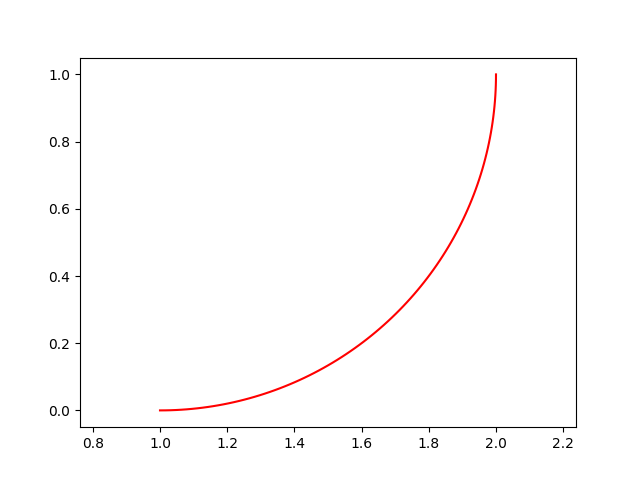
Repository: lbylzkx/Circle-Point-Manuscript
Script's output: python arc_.py
An editor plug-in stored every save of this project. The script's output is shown before and after the next save, followed by the edit.
Random numbers start from a fixed seed.

Above is the script's output before, as saved 2023-10-11 10:08:27.

After the next save:
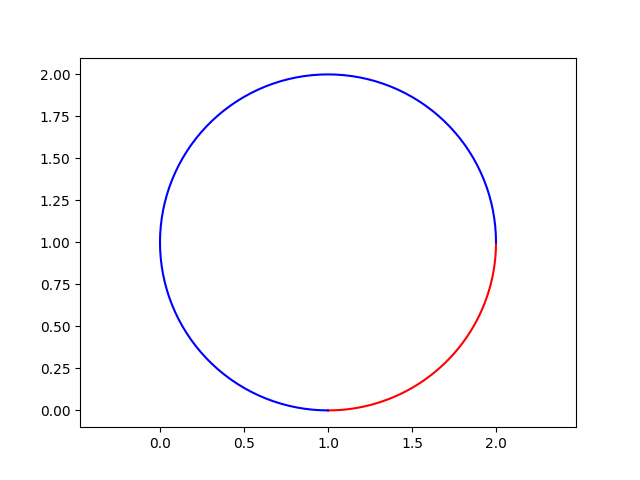
Saved 8 s later.
--- a/arc_.py
+++ b/arc_.py
@@ -38,6 +38,6 @@ def arc(center, point1, point2, color='b'):
 
 # 示例
 arc((1, 1), (2, 1), (1, 0), 'r')
-# arc((1, 1), (1, 0), (2, 1))
+arc((1, 1), (1, 0), (2, 1))
 plt.axis('equal')
 plt.show()
